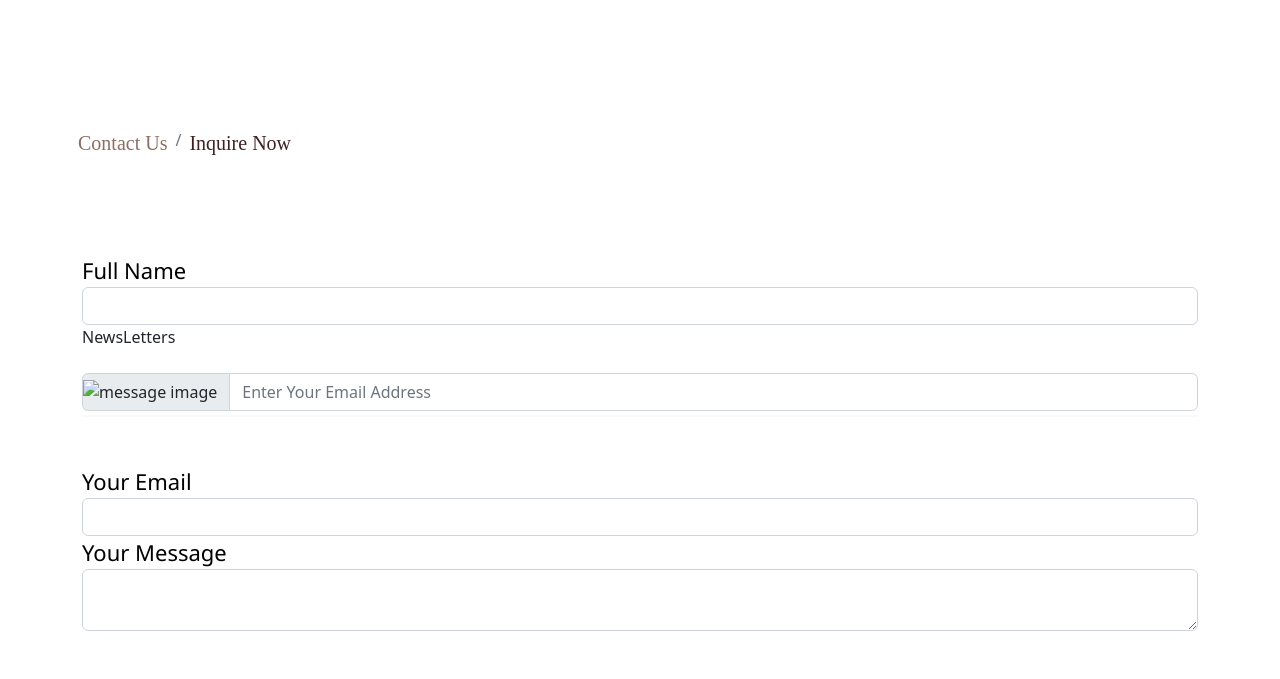
Repository: kaushalyaweerakoon/Plantation-Villa
Page: contact-us.html
An editor plug-in stored every save of this project. The page is shown before and after a run of saves, followed by the edit.
The browser window is 1280 px wide. The pictures show the part of the page from y = 1313 to 1992 px (the page is 1992 px tall before and 1852 px after).
Some web fonts or font styles are not loaded; a fallback is used.

Above is the page before, as saved 2022-08-15 15:19:54.
Not found: assets/images/iconly-light-message.svg
Not found: assets/js/main.js

### contact-us.html
<!doctype html>
<html lang="en">

<head>
    <meta charset="utf-8">
    <meta name="viewport" content="width=device-width, initial-scale=1">

    <title>Plantation Villa| News Inner</title>

    <!-- Bootstrap css -->
    <link href="https://cdn.jsdelivr.net/npm/bootstrap@5.2.0-beta1/dist/css/bootstrap.min.css" rel="stylesheet"
        integrity="sha384-0evHe/X+R7YkIZDRvuzKMRqM+OrBnVFBL6DOitfPri4tjfHxaWutUpFmBp4vmVor" crossorigin="anonymous">

    <!-- fonts -->
    <link href="http://fonts.cdnfonts.com/css/segoe-ui-4" rel="stylesheet">
    <link rel="preconnect" href="https://fonts.googleapis.com">
    <link rel="preconnect" href="https://fonts.gstatic.com" crossorigin>

    <!-- swiperJS -->
    <link rel="stylesheet" href="https://unpkg.com/swiper@8/swiper-bundle.min.css" />

    <!-- custom css -->
    <link rel="stylesheet" href="asserts/css/main.css">

</head>


<!-- Section 2-->
<section class="container mt-md-4 mt-3 mb-5 pb-4">
    <p class="title pt-3">CONTACT US</p>

    <div class="text-center" id="">
        <p class="text">
            Lorem ipsum dolor sit amet, consectetur adipiscing elit. Cras cursus velit eu efficitur ultricies. Ut
            interdum et ipsum quis mattis. Sed bibendum arcu non sodales euismod. Proin ac metus quis ligula tempus
            commodo id a nunc.
        </p>
    </div>
</section>

<div class="container pb-4">
    <!-- Breadcrumb -->
    <nav aria-label="" class="mt-5 mb-4 ">
        <ol class="breadcrumb">
            <li class="breadcrumb-item"><a href="" class="breadcrumb-text fs-13-px text-font-family">Contact
                    Us </a>
            <li class="breadcrumb-item"><a href="" aria-current="page"
                    class="breadcrumb-text active fs-13-px text-font-family">Get In Touch</a>
            </li>
        </ol>
    </nav>
    <!--/ Breadcrumb -->

    <div class="row gy-3 gx-4">
        <div class="col-md-4 col-xl-2 pe-xl-5">

            <div class="col-xl-12 pb-5">
                <p class="country-text">Sri Lanka</p>
                <p class="">Wattalaya Watta,<br>
                    Nehinna, Dodangoda,<br>
                    Kalutara, Sri Lanka</p>
                <ul class="list-unstyled">
                    <li><a class="mb-3 lh-lg text-dark text-decoration-none"
                            href="reservations@srimal.com">reservations@srimal.com</a>
                    </li>
                    <li><a class="text-dark text-decoration-none" href="tel:++090123456789">+090123456789</a></li>
                </ul>
            </div>
        </div>

        <div class="col-md-4 col-xl-2 pe-xl-5">
        </div>

        <div class="col-md-4 col-xl-2 pe-xl-5">
            <div class="col-xl-12 pb-5">
                <p class="country-text">UK</p>
                <p class="">Wattalaya Watta,<br>
                    Nehinna, Dodangoda,<br>
                    Kalutara, Sri Lanka</p>
                <ul class="list-unstyled">
                    <li><a class="mb-3 lh-lg text-dark text-decoration-none"
                            href="reservations@srimal.com">reservations@srimal.com</a>
                    </li>
                    <li><a class="text-dark text-decoration-none" href="tel:++090123456789">+090123456789</a></li>
                </ul>
            </div>

        </div>
    </div>
</div>


<!-- map section-->
<section class="container mt-md-4 mt-3 mb-5 pb-4">

    <div class="ratio" style="--bs-aspect-ratio: 50%;">
        <iframe
            src="https://www.google.com/maps/embed?pb=!1m14!1m8!1m3!1d52824.16461165647!2d80.37247646048803!3d7.61515466786648!3m2!1i1024!2i768!4f13.1!3m3!1m2!1s0x3ae333391ecc0a0d%3A0x8a95434c984a12bf!2sARALIYA%20HOTEL!5e0!3m2!1sen!2slk!4v1660547131912!5m2!1sen!2slk"
            width="600" height="450" style="border:0;" allowfullscreen="" loading="lazy"
            referrerpolicy="no-referrer-when-downgrade"></iframe>
    </div>
</section>
<!-- map section -->

<!-- Breadcrumb -->
<div class="container pb-4 p-2">
    <nav aria-label="" class="mt-5 mb-4 ">
        <ol class="breadcrumb">
            <li class="breadcrumb-item"><a href="" class="breadcrumb-text fs-13-px text-font-family">Contact
                    Us </a>
            <li class="breadcrumb-item"><a href="" aria-current="page"
                    class="breadcrumb-text active fs-13-px text-font-family">Inquire Now</a>
            </li>
        </ol>
    </nav>
</div>
<!--/ Breadcrumb -->
<section>
    <div class="container pb-4">
        <nav aria-label="" class="mt-5 mb-4 ">
            <div id="contact-us">
                <form>
                    <div class="">
                        <div class="">
                            <label for="fullname" class="text">Full Name</label>
                            <input type="text" class="form-control" id="fullname" aria-describedby="emailHelp">
                        </div>



                                <div class="col-12 mb-5">
                                    <p class="footer-text mb-4">NewsLetters</p>
                                    <div class="input-group border-bottom border-2 border-light pb-1">
                                        <span class="input-group-text ps-0" id="email">
                                            <img src="assets/images/iconly-light-message.svg" alt="message image">
                                        </span>
                                        <input type="email" class="form-control" placeholder="Enter Your Email Address"
                                            aria-label="email" aria-describedby="basic-addon1">
                                    </div>
                                </div>



                        <div class="">
                            <div class="d-flex justify-content-between align-items-center">
                                <label for="emailaddress" class="text">Your Email </label>
                            </div>
                            <input type="email" class="form-control" id="emailaddress" aria-describedby="emailHelp">
                        </div>

                        <div class="">
                            <label for="comment" class="text">Your Message</label>
                            <textarea class="form-control h-auto" id="comment"></textarea>
                        </div>
                    </div>
                </form>
            </div>
        </nav>
    </div>
</section>



<!-- bootstrap -->
<script src="https://cdn.jsdelivr.net/npm/bootstrap@5.2.0-beta1/dist/js/bootstrap.bundle.min.js"
    integrity="sha384-pprn3073KE6tl6bjs2QrFaJGz5/SUsLqktiwsUTF55Jfv3qYSDhgCecCxMW52nD2"
    crossorigin="anonymous"></script>

<!-- swiperJS -->
<script src="https://unpkg.com/swiper@8/swiper-bundle.min.js"></script>

<!-- custom script -->
<script src="assets/js/main.js"></script>


</body>

</html>

### asserts/css/main.css
/* Call the root */
:root {
  --Lora-font: 'Lora';
  --Segoe-font: 'Segoe UI';

  --font-size-14px: 18px;
  --font-size-20px: 20px;
  --font-size-22px: 22px;
  --font-size-25px: 25px;
  --font-size-30px: 30px;
  --font-size-35px: 35px;
  --font-size-40px: 40px;

  --font-color-8d6e63: #8d6e63;
  --font-color-3e2222: #3e2222;
  --bggreen: #7d824a;
  --co-white: #ffffff;
}

/* Create clases for fronts */
.Lora-ff {
  font-family: var(--Lora-font);
}

.Segoe-ff {
  font-family: var(--Segoe-font);
}

/* Create clases for front sizes*/
.fs-18-px {
  font-size: var(--font-size-18px)
}

.fs-20-px {
  font-size: var(--font-size-20px)
}

.fs-22-px {
  font-size: var(--font-size-22px)
}

.fs-25-px {
  font-size: var(--font-size-22px)
}

.fs-30-px {
  font-size: var(--font-size-30px)
}

.fs-35-px {
  font-size: var(--font-size-35px)
}

.fs-40-px {
  font-size: var(--font-size-40px)
}

/* Color */
.txt-purple {
  color: var(--font-color-8d6e63)
}

.txt-red {
  color: var(--font-color-3e2222)
}

/* news inner */

/* Breadcrumb */
.breadcrumb-text {
  font-family: var(--Lora-font);
  text-decoration: none;
  color: var(--font-color-8d6e63);
  font-weight: normal;
  font-size: var(--font-size-20px);
}

.breadcrumb-text.active {
  color: var(--font-color-3e2222);
  text-decoration: none;
  font-weight: normal;
}

.breadcrumb-text:hover {
  font-family: var(--Lora-font);
  font-size: var(--font-size-35px);
  color: var(--font-color-8d6e63);
  text-decoration: none;
}

/* -- */

.newsinner-date {
  color: var(--font-color-8d6e63);
  font-family: var(--Segoe-font);
  font-size: var(--font-size-20px);
}

.newsinner-head {
  color: var(--font-color-3e2222);
  font-family: var(--Lora-font);
  font-size: 45px;
  font-weight: normal;
}

/* Heading */

.title {
  font-size: var(--font-size-30px);
  font-family: var(--Segoe-font);
  color: var(--font-color-8d6e63);
  text-align: center;
  margin-bottom: clamp(40px, 5vw, 71px);
}
.text{
  font-size: var(--font-size-22px);
  font-family: var(--Segoe-font);
  color: #000;
}

/* contact us */
.country-text {
  font-family: var(--Lora-font)!important;
  color: var(--font-color-3e2222);
  font-weight: normal;
  font-size: var(--font-size-30px);
}

After the next 2 saves:
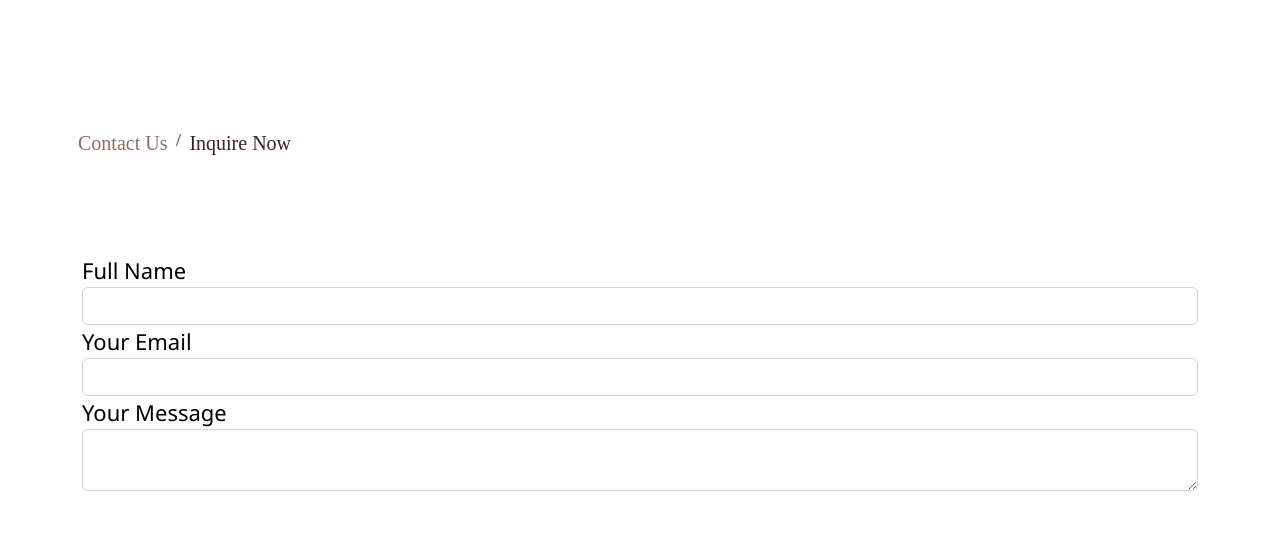
The 2 saves are shown as one change because they came seconds apart.
The last was saved 20 s later.
--- a/contact-us.html
+++ b/contact-us.html
@@ -125,22 +125,6 @@
                             <label for="fullname" class="text">Full Name</label>
                             <input type="text" class="form-control" id="fullname" aria-describedby="emailHelp">
                         </div>
-
-
-
-                                <div class="col-12 mb-5">
-                                    <p class="footer-text mb-4">NewsLetters</p>
-                                    <div class="input-group border-bottom border-2 border-light pb-1">
-                                        <span class="input-group-text ps-0" id="email">
-                                            <img src="assets/images/iconly-light-message.svg" alt="message image">
-                                        </span>
-                                        <input type="email" class="form-control" placeholder="Enter Your Email Address"
-                                            aria-label="email" aria-describedby="basic-addon1">
-                                    </div>
-                                </div>
-
-
-
                         <div class="">
                             <div class="d-flex justify-content-between align-items-center">
                                 <label for="emailaddress" class="text">Your Email </label>
